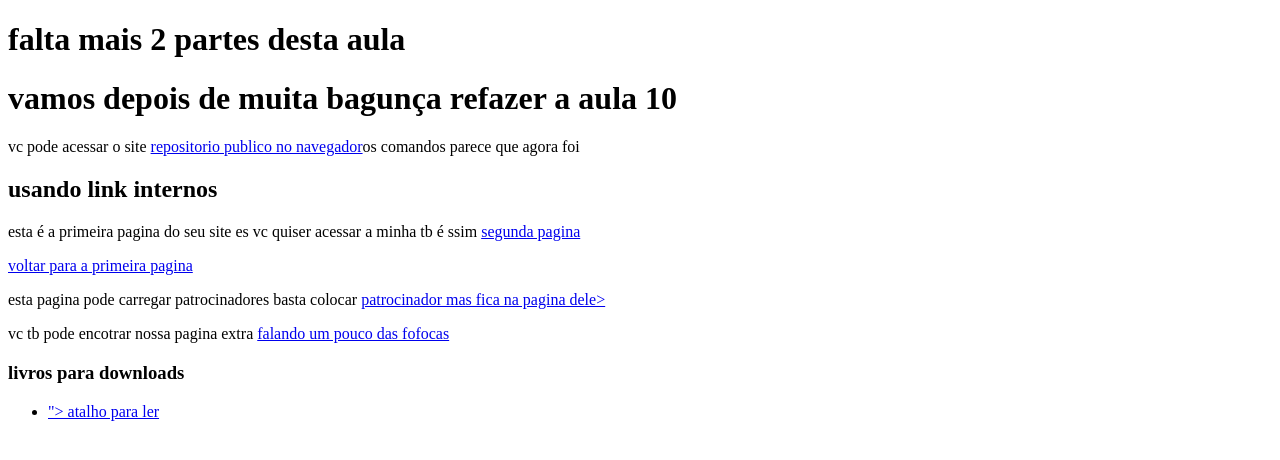
Repository: DorivalJunior14/exercicios
Page: aula10.html/pagoo2.html
These files come from the project's save history. The page is drawn as it stood at one moment and after a run of saves; the edit follows.
The browser window is 1280 px wide. The pictures show the whole page.

Above is the page before, as saved 2020-12-08 11:31:40.

### aula10.html/pagoo2.html
<!DOCTYPE html>
<html lang="pt-br">
  <head>
    <meta charset="utf-8">
    <title>pag002.html</title>
  </head>
  <body>
    <h1>falta mais 2 partes desta aula</h1><!--que vai ser continuada aqui-->
  <h1>vamos depois de muita bagunça refazer a aula 10</h1>
    <p>vc pode acessar o site <a href="https://www.facebook.com/junior.muccillo" target="_blank"rel="external">repositorio publico no navegador</a>os comandos parece que agora foi</p>
    <h2>usando link internos</h2>
  <p> esta é a primeira pagina do seu site es vc quiser acessar a minha tb é ssim <a href="pagoo2.html"rel="next">segunda pagina</a> </p>
  <p><a href="index.html" rel="prev">voltar para a primeira pagina</a></p>
  <p>esta pagina pode carregar patrocinadores basta colocar
    <a href="#"target="_blank"rel="nofollow">patrocinador mas fica na pagina dele></a>
  </p><!-- o patrocinador não fica vinculado ou direto na pagina dele, vc pode desconsiderar-->
  <p>vc tb pode encotrar nossa pagina extra <a href="noticias/pag003.html">falando um pouco das fofocas </a></p>
  <h3>livros para downloads</h3>
  <ul>
    <li><a href="meulivro/empdf>"download="meulivro/atalho type="application/>"> atalho para ler</a></li>

</ul>
  </body>
</html>

After the next 2 saves:
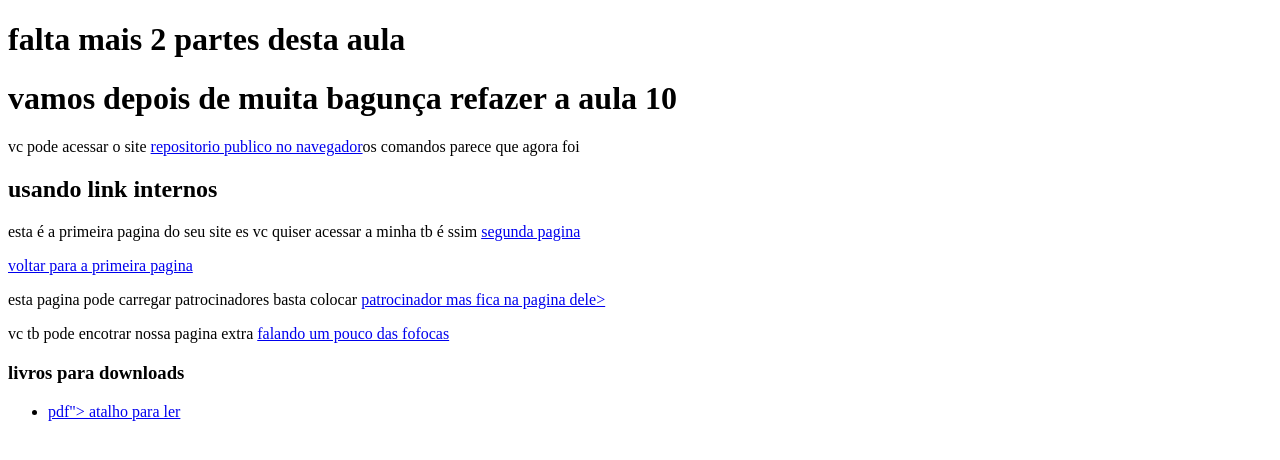
The 2 saves are shown as one change because they came seconds apart.
The last was saved 12 s later.
--- a/aula10.html/pagoo2.html
+++ b/aula10.html/pagoo2.html
@@ -17,7 +17,7 @@
   <p>vc tb pode encotrar nossa pagina extra <a href="noticias/pag003.html">falando um pouco das fofocas </a></p>
   <h3>livros para downloads</h3>
   <ul>
-    <li><a href="meulivro/empdf>"download="meulivro/atalho type="application/>"> atalho para ler</a></li>
+    <li><a href="meulivro/empdf>"download="meulivro/atalho type="application/>pdf"> atalho para ler</a></li>
 
 </ul>
   </body>
